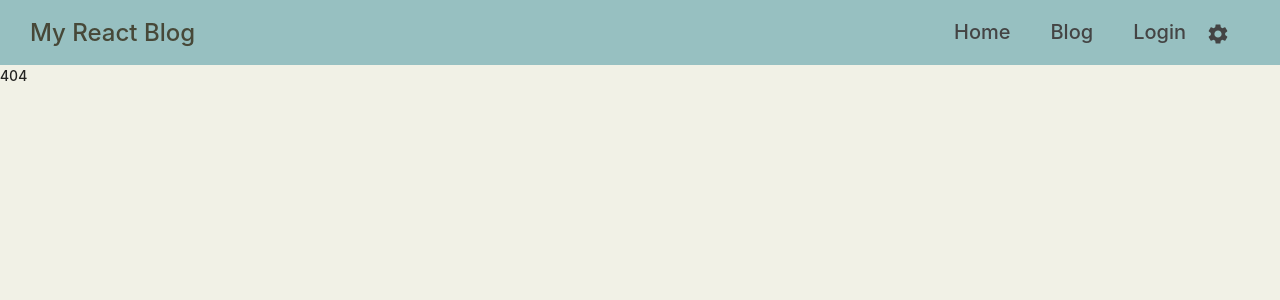
Repository: Kaycee-attah/react_blog
Page: /
An editor plug-in stored every save of this project. The page is shown before and after the next save, followed by the edit.
The browser window is 1280 px wide. The pictures show the whole page.
The project was rebuilt for these pictures with package versions that can differ from the ones it lists, and the page was loaded fresh each time.

Above is the page before, as saved 2021-10-09 20:57:17.

After the next save:
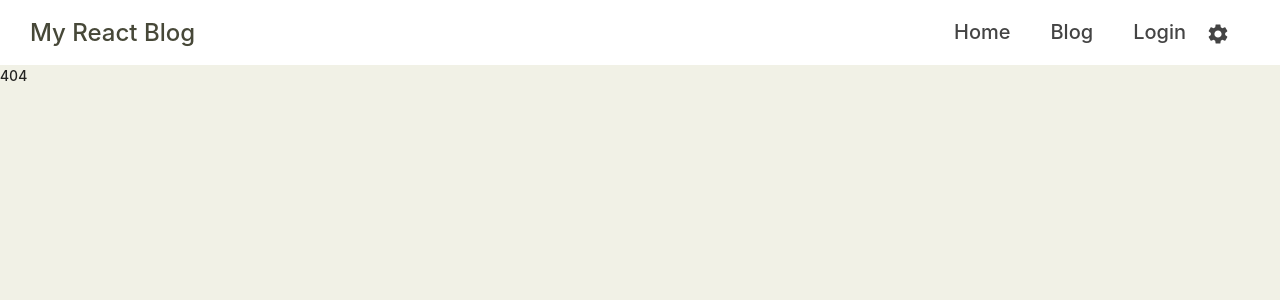
Saved 16 min 16 s later.
--- a/src/assets/scss/_variables.scss
+++ b/src/assets/scss/_variables.scss
@@ -5,7 +5,7 @@ $text-color: #65312F;
 $input-type-checkbox-Checked: #f8f8f8;
 $navigation-link-color-onHover: #2997ff;
 $navigation-link-color: #444;
-$navigation-background-color: #97C0C1;
+$navigation-background-color: white;
 $settings-dropDown-Menu-Card-backGroundColor: #f8f8f8;
 $settings-dropDown-Menu-backGroundColor: white;
 $toggle-checkbox-darkMode-backgroundColor: #092c3e;
